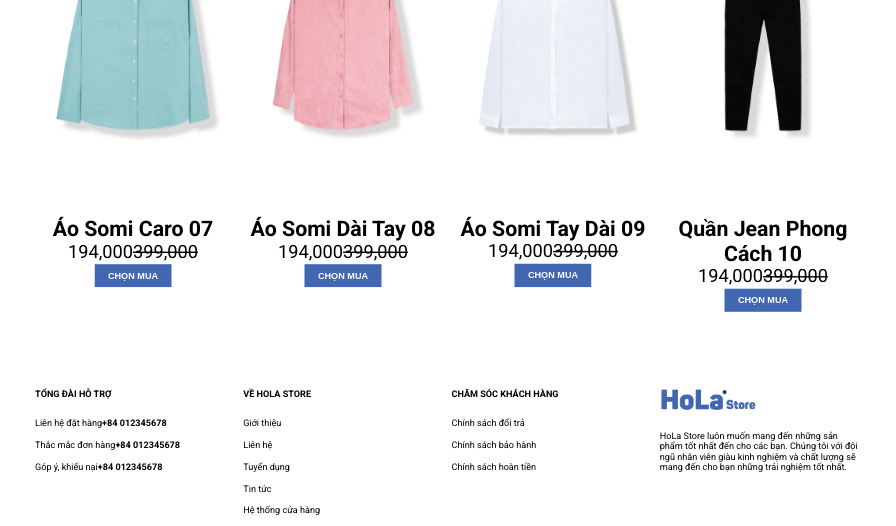
Repository: eric-nguyen-fe/Hola-ecommerce
Page: /catalog/ao-somi-caro-07
An editor plug-in stored every save of this project. The page is shown before and after the next save, followed by the edit.
The browser window is 1280 px wide. The pictures show the part of the page from y = 3379 to 5299 px (the page is 4131 px tall before and 5299 px after), at 70% of full size.
The project was rebuilt for these pictures with package versions that can differ from the ones it lists, and the page was loaded fresh each time. Also part of the build but not shown: src/components/HeroSlider.jsx, src/components/PolicyCard.jsx, src/assets/fake-data/hero-slider.js, src/assets/fake-data/policy.js, src/pages/Home.jsx, src/components/CheckBox.jsx, src/assets/fake-data/category.js, src/assets/fake-data/product-color.js and 4 more.

Above is the page before, as saved 2021-12-10 15:24:16.

### src/scss/index.scss
@import "./variables";
@import "./mixins";
@import "./base";

@import "./components/header";
@import "./components/footer";
@import "./components/hero-slider.scss";
@import "./components/button";
@import "./components/policy-card";
@import "./components/section";
@import "./components/product-card";
@import "./components/catalog";
@import "./components/custom-checkbox.scss";
@import "./components/product";

### src/components/Layout.jsx
import React from 'react'

import { BrowserRouter, Route } from 'react-router-dom'

import Header from './Header'
import Footer from './Footer'

import Routes from '../routes/Routes'

const Layout = () => {
    return (
        <BrowserRouter>
            <Route render={props => (
                <div>

                    <div className="container">
                    <Header {...props}/>
                        <div className="main">
                            <Routes/>
                        </div>
                    </div>
                    <Footer/>
                </div>
            )}/>
        </BrowserRouter>
    )
}

export default Layout

### src/scss/_variables.scss
$main-bg: #fff;
$main-color: #4267b2;

$txt-main-color: #000;
$txt-second-color: #8d8d8d;
$txt-white: #fff;

$btn-main-bg: $main-color;
$btn-main-color: #fff;

$header-height: 170px;
$header-tablet-height: 70px;
$header-mobile-height: 40px;
$header-shrink-height: 70px;

$box-shadow: rgba(73, 90, 105, 0.2) 0px 8px 24px;

$colors: (
    "blue": #4267b2,
    "orange": #eea54d,
    "pink": #f3786d,
    "white": #fff,
    "black": #000,
    "main": $main-color,
    "red": #ff0000,
);

$mobile-width: 600px;
$tablet-width: 1024px;

$numbers: (0, 1, 2, 3, 4, 5, 6, 7, 8);

### src/scss/mixins.scss
@mixin flex ($align-item, $justify-content) {
    display: flex;
    align-items: $align-item;
    justify-content: $justify-content;
}

@mixin mobile {
    @media only screen and (max-width: $mobile-width){
        @content;
    }
}

@mixin tablet {
    @media only screen and (max-width: $tablet-width){
        @content;
    }
}

### src/scss/_base.scss
@import url("https://fonts.googleapis.com/css2?family=M+PLUS+Rounded+1c:wght@100;300;400;500;700;800;900&family=Roboto:ital,wght@0,100;0,300;0,400;0,500;0,700;0,900;1,100;1,300;1,400;1,500;1,700;1,900&display=swap");

@import url("https://fonts.googleapis.com/css2?family=M+PLUS+Rounded+1c:wght@100;300;400;500;700;800;900&family=Roboto:ital,wght@0,100;0,300;0,400;0,500;0,700;0,900;1,100;1,300;1,400;1,500;1,700;1,900&display=swap");

* {
    padding: 0;
    margin: 0;
    box-sizing: border-box;
    -webkit-tap-highlight-color: transparent;
    user-select: none;
}

html {
    font-size: 13px;

    @include mobile {
        font-size: 11px;
    }
}

body {
    font-family: "Roboto", sans-serif;
}

ul {
    list-style-type: none;
}

a {
    text-decoration: none;
    color: unset;
}

a:hover {
    color: $main-color;
}

img {
    max-width: 100%;
}

@each $color, $val in $colors {
    .color-#{$color} {
        color: $val;
    }

    .bg-#{$color} {
        background-color: $val;
    }
}

@each $val in $numbers {
    .grid-col-#{$val} {
        grid-template-columns: repeat($val, 1fr);
    }
}

@each $val in $numbers {
    .grid-col-md-#{$val} {
        @include tablet {
            grid-template-columns: repeat($val, 1fr);
        }
    }
}

@each $val in $numbers {
    .grid-col-sm-#{$val} {
        @include mobile {
            grid-template-columns: repeat($val, 1fr);
        }
    }
}

.container {
    width: 100%;
    max-width: 1620px;
    padding: 0 50px;
    margin: auto;

    @include tablet {
        padding: 0 20px;
    }

    @include mobile {
        padding: 0 10px;
    }
}

.main {
    margin-top: $header-height;
    margin-bottom: 2rem;
    min-height: 100vh;

    @include tablet {
        margin-top: calc(#{$header-tablet-height} + 20px);
    }

    @include mobile {
        margin-top: calc(#{$header-mobile-height} + 10px);
    }
}

.grid {
    display: grid;
}

### src/scss/components/_header.scss
.header {
    background-color: $main-bg;
    position: fixed;
    top: 0;
    left: 0;
    width: 100%;
    z-index: 99;
    height: $header-height;
    transition: height .3s ease;

    @include tablet {
        height: $header-tablet-height;
        box-shadow: $box-shadow;
    }

    .container {
        height: 100%;
    }

    &.shrink{
        height: $header-shrink-height;
        box-shadow: $box-shadow;
        z-index: 100;

        @include mobile {
            height: $header-mobile-height;
        }
    }

    &__logo {
        @include flex (center, center);
        position: absolute;
        inset: 0;
        pointer-events: none;

        img {
            height: 38px;
        }
    }

    &__menu {
        @include flex(center, space-between);
        height: 100%;
        font-size: 1.5rem;

        &__item ~ &__item {
            margin-left: 39px;

            @include tablet {
                margin-left: 20px;
            }

            @include mobile {
                margin-left: 10px;
            }
        }

        &__item.active {
            font-weight: 600;
            color: $main-color;
        }


        &__item:hover {
            color: $main-color;
        }

        &__left,
        &__right {
            @include flex(center, center);
            height: 100%;
        }

        &__right {
            font-size: 2.25rem;

            &__item {
                @include flex(center, center);

                @include tablet {
                    margin-left: 10px;
                }
            }



            @include mobile {
                font-size: 1.5rem;
            }
        }

        &__left {
            &__close{
                display: none;
            }

            @include tablet {
                flex-direction: column;
                background-color: $main-bg;
                position: absolute;
                left: 0;
                top: 0;
                width: 100%;
                height: 100vh;
                justify-content: flex-start;
                padding-top: 30px;
                transform: translateX(-100%);
                transition: transform 0.5s ease;

                &.active {
                    transform: translateX(0);
                }

                &__item ~ &__item {
                    margin-left: unset;
                    margin-top: 20px;
                }

                &__close {
                    display: block;
                    position: absolute;
                    left: 20px;
                    font-size: 2.5rem;
                }
            }
        }

        &__mobile-toggle {
            display: none;

            @include tablet {
                display: block;
                font-size: 2.5rem;

            }
        }


    }
}

### src/scss/components/_footer.scss
.footer {
    padding: 70px 0;
    box-shadow: $box-shadow;
    font-size: 1.1rem;

    &__logo {
        height: 30px;
    }

    &__about {
        p {
            margin-bottom: 2rem;
        }
    }

    &__title {
        text-transform: uppercase;
        margin-bottom: 2rem;
        font-weight: 600;
    }

    &__content {
        p {
            margin-bottom: 1.25rem;
        }
    }
}

### src/scss/components/_button.scss
.btn {
    border: 0;
    outline: 0;
    color: $btn-main-color;
    font-size: 1.5rem;
    font-weight: 600;
    text-transform: uppercase;
    cursor: pointer;
    overflow: hidden;
    position: relative;

    @include mobile {
        font-size: 1rem;
    }

    &__txt,
    &__icon {
        display: block;
        transition: transform 0.5s ease;
    }

    &__txt {
        padding: 1rem 2rem;
    }

    &__icon {
        @include flex(center, center);
        font-size: 2rem;
        position: absolute;
        left: 0;
        top: 0;
        height: 100%;
        width: 100%;
        transform: translateX(-100%);
    }

    &-animate:hover &__txt {
        transform: translateX(100%);
    }

    &-animate:hover &__icon {
        transform: translateX(0);
    }

    &-sm {
        font-size: 1rem;
    }

    &-sm &__txt {
        padding: 0.7rem 1.5rem;
    }
}

### src/scss/components/_policy-card.scss
.policy-card {
    @include flex(center, flex-start);
    padding: 20px;
    padding-left: 0;
    box-shadow: $box-shadow;
    transition: transform .5s ease;

    &:hover {
        transform: translateY(-20%);
    }

    &__icon {
        @include flex (center, center);
        width: 40%;
        color: $main-color;

        i {
            font-size: 3rem;
        }
    }

    &__info{
        &__name{
            font-size: 1.25rem;
            font-weight: 600;
            margin-bottom: 7px;
        }

        &__description{
            font-size: 1rem;
            color: $txt-second-color;
        }

    }
}

### src/scss/components/_section.scss
.section {
    margin-bottom: 80px;

    & > * ~ * {
        margin-top: 70px;
    }

    &__title {
        font-size: 2rem;
        text-transform: capitalize;
        text-align: center;
    }
}

### src/scss/components/product-card.scss
.product-card {
    text-align: center;
    margin-bottom: 30px;

    &__image {
        padding-top: 50%;
        position: relative;
        overflow: hidden;
        margin-bottom: 30px;
    }
}

### src/scss/components/_catalog.scss
.catalog {
    @include flex(flex-start, flex-start);

    @include tablet {
        flex-direction: column;
    }

    &__filter {
        width: 20%;

        @include tablet {
            width: max-content;
            height: 100vh;
            background-color: $main-bg;
            padding: 1rem;
            position: fixed;
            left: 0;
            top: $header-tablet-height;
            z-index: 100;
            box-shadow: $box-shadow;
            transform: translateX(-100%);
            transition: transform 0.3s ease;
        }

        @include mobile {
            top: $header-mobile-height;
        }

        &.active {
            transform: translateX(0);
        }

        &__widget {
            margin-bottom: 2rem;

            &__title {
                font-size: 1.25rem;
                font-weight: 600;
                text-transform: capitalize;
                margin-bottom: 16px;
            }

            &__content {
                color: $txt-second-color;

                &__item {
                    margin-bottom: 13px;
                }
            }
        }
    }

    &__content {
        flex-grow: 1;

        @include tablet {
            width: 100%;
        }
    }

    &__filter__toggle {
        display: none;

        @include tablet {
            display: block;
            margin-bottom: 2rem;
        }
    }
}

### src/scss/components/custom-checkbox.scss
.custom-checkbox {
    @include flex (center, flex-start);

    cursor: pointer;

    &:hover {
        color: $main-color;
    }

    input {
        position: absolute;
        opacity: 0;

    }
}

### src/components/Header.jsx
import React, { useRef, useEffect } from 'react'
import { Link, useLocation } from 'react-router-dom'

import logo from '../assets/images/Logo-2.png'

const mainNav = [
    {
        display: "Trang chủ",
        path: '/'
    },
    {
        display: "Sản phẩm",
        path: '/catalog'
    },
    {
        display: "Phụ kiện",
        path: '/accessories'
    },
    {
        display: "Liên hệ",
        path: '/contact'
    }
]

const Header = () => {

    const {pathname} = useLocation()
    const activeNav = mainNav.findIndex(e => e.path === pathname)

    const headerRef = useRef(null)

    useEffect(() => {
        window.addEventListener("scroll", () => {
            if(document.body.scrollTop > 80 || document.documentElement.scrollTop > 80) {
                headerRef.current.classList.add('shrink')
            } else {
                headerRef.current.classList.remove('shrink')
            }
        })
        return () => {
            window.removeEventListener("scroll")
        }
    }, []);

    const menuLeft = useRef(null);

    const menuToggle = () => menuLeft.current.classList.toggle('active')


    return (
        <div className="header" ref={headerRef}>
            <div className="container">
                <div className="header__logo">
                    <Link to="/">
                        <img src={logo} alt="" />
                    </Link>
                </div>
                <div className="header__menu">
                    <div className="header__menu__mobile-toggle" onClick={menuToggle} >
                        <i className='bx bx-menu' ></i>
                    </div>
                    <div className="header__menu__left" ref={menuLeft}>
                        <div className="header__menu__left__close" onClick={menuToggle}>
                            <i className='bx bx-left-arrow-alt' ></i>
                        </div>

                        {
                            mainNav.map((item, index) =>(
                                <div
                                key={index}
                                className={`header__menu__item header__menu__left__item ${index === activeNav ? 'active' : ''}`}
                                onClick={menuToggle}
                                >
                                    <Link to={item.path}>
                                        <span>
                                            {item.display}
                                        </span>
                                    </Link>
                                </div>
                            ))
                        }
                    </div>
                   <div className="header__menu__right">
                       <div className="header__menu__item header__menu__right__item">
                            <i className='bx bx-search-alt'></i>
                       </div>
                       <div className="header__menu__item header__menu__right__item">
                           <Link to="/cart">
                                <i className="bx bxs-shopping-bag-alt"></i>

                           </Link>
                       </div>
                       <div className="header__menu__item header__menu__right__item">
                           <i className="bx bxs-user-circle"></i>
                       </div>
                   </div>
                </div>
            </div>
        </div>
    )
}

export default Header

### src/components/Footer.jsx
import React from 'react';

import { Link } from 'react-router-dom';

import Grid from './Grid';

import logo from '../assets/images/Logo-2.png'

const footerAboutLink = [
    {
        display: "Giới thiệu",
        path: "/about"
    },
    {
        display: "Liên hệ",
        path: "/about"
    },
    {
        display: "Tuyển dụng",
        path: "/about"
    },
    {
        display: "Tin tức",
        path: "/about"
    },
    {
        display: "Hệ thống cửa hàng",
        path: "/about"
    }

]

const footerCustomerLinks = [
    {
        display: "Chính sách đổi trả",
        path: "/about"
    },
    {
        display: "Chính sách bảo hành",
        path: "/about"
    },
    {
        display: "Chính sách hoàn tiền",
        path: "/about"
    }
]

const Footer = () => {
    return (
       <footer>
           <div className="container">
               <Grid
                   col={4}
                   mdCol={2}
                   smCol={1}
                   gap={10}
                >
                    <div>
                        <div className="footer__title">
                            Tổng đài hỗ trợ
                        </div>
                        <div className="footer__content">
                            <p>
                                Liên hệ đặt hàng<strong>+84 012345678</strong>
                            </p>
                            <p>
                                Thắc mắc đơn hàng<strong>+84 012345678</strong>
                            </p>
                            <p>
                                Góp ý, khiếu nại<strong>+84 012345678</strong>
                            </p>
                        </div>
                    </div>
                    <div>
                        <div className="footer__title">
                            Về HoLa Store
                        </div>
                        <div className="footer__content">
                            {
                                footerAboutLink.map((item, index) => (
                                <p key={index}>
                                    <Link to={item.path}>
                                        {item.display}
                                    </Link>
                                </p>
                                ))
                            }

                        </div>
                    </div>
                    <div>
                        <div className="footer__title">
                            Chăm sóc khách hàng
                        </div>
                        <div className="footer__content">
                            {
                                footerCustomerLinks.map((item, index) => (
                                <p key={index}>
                                    <Link to={item.path}>
                                        {item.display}
                                    </Link>
                                </p>
                                ))
                            }

                        </div>
                    </div>
                    <div className="footer__about">
                        <p>
                            <Link to="/">
                                <img src={logo} className="footer__logo" alt=""/>
                            </Link>
                        </p>
                        <p>
                            HoLa Store luôn muốn mang đến những sản phẩm tốt nhất đến cho các bạn. Chúng tôi với đội ngũ nhân viên giàu kinh nghiệm và chất lượng sẽ mang đến cho bạn những trải nghiệm tốt nhất.
                        </p>
                    </div>
               </Grid>
           </div>
       </footer>
    )
}

export default Footer

### src/routes/Routes.jsx
import React from 'react'

import { Route, Switch } from 'react-router-dom'

import Home from '../pages/Home';
import Catalog from '../pages/Catalog';
import Cart from '../pages/Cart';
import Product from '../pages/Product';

const Routes = () => {
    return (
        <Switch>
            <Route path="/" exact component = {Home}/>
            <Route path="/catalog/:slug" exact component = {Product}/>
            <Route path="/catalog" exact component = {Catalog}/>
            <Route path="/cart" exact component = {Cart}/>
        </Switch>
    )
}

export default Routes

### src/pages/Product.jsx
import React, {useEffect} from 'react';

import Helmet from '../components/Helmet'
import Section, {SectionBody, SectionTitle} from '../components/Section'
import Grid from '../components/Grid'
import ProductCard from '../components/ProductCard'


import productData from '../assets/fake-data/products';
import ProductView from '../components/ProductView';


const Product = props => {

    const product = productData.getProductBySlug(props.match.params.slug)

    const relatedProducts = productData.getProducts(8)

    React.useEffect(() => {
        window.scrollTo(0,0)
    }, [product])

    return (
        <Helmet title={product.title}>
            <Section>
                <SectionBody>
                    {
                       <ProductView product={product}/>                    }
                </SectionBody>
            </Section>
            <Section>
                <SectionTitle>
                   Các sản phẩm tương tự
                </SectionTitle>
                <SectionTitle>
                <Grid
                        col={4}
                        mdCol={2}
                        smCol={1}
                        gap={20}
                    >
                        {
                            relatedProducts.map((item, index) => (
                                <ProductCard
                                    key={index}
                                    img01={item.image01}
                                    img02={item.image02}
                                    name={item.title}
                                    price={Number(item.price)}
                                    slug={item.slug}
                                />
                            ))
                        }
                    </Grid>
                </SectionTitle>
            </Section>
        </Helmet>
    )
}

export default Product

### src/components/Helmet.jsx
import React, {useEffect} from 'react'
import PropTypes from 'prop-types'

const Helmet = props => {

    document.title = 'Hola - ' + props.title

    useEffect(() => {
        window.scrollTo(0,0)

    }, [])

  return (
    <div>
        {props.children}
    </div>
  )
}

Helmet.propTypes = {
    title: PropTypes.string.isRequired
}

export default Helmet

### src/components/ProductCard.jsx
import React from 'react'
import PropTypes from 'prop-types'

import { Link } from 'react-router-dom'

import Button from './Button'

import numberWithCommas from '../utils/numberWithCommas'

const ProductCard = props => {
    return (
        <div className="product-card">
            <Link to={`/catalog/${props.slug}`}>
                <div className="product-card__image">
                    <img src={props.img01} alt="" />
                    <img src={props.img02} alt="" />
                </div>
                <h3 className="product-card__name">{props.name}</h3>
                <div className="product-card__price">
                    {numberWithCommas(props.price)}
                    <span className="product-card__price__old">
                        <del>{numberWithCommas(399000)}</del>
                    </span>
                </div>
            </Link>
            <div className="product-card__btn">
                <Button
                    size="sm"
                    icon="bx bx-cart"
                    animate={true}
                >
                    Chọn mua
                </Button>
            </div>
        </div>
    )
}

ProductCard.propTypes = {
    img01: PropTypes.string.isRequired,
    img02: PropTypes.string.isRequired,
    name: PropTypes.string.isRequired,
    price: PropTypes.number.isRequired,
    slug: PropTypes.string.isRequired,


}

export default ProductCard

### src/components/Button.jsx
import React from 'react'
import PropTypes from 'prop-types'

const Button = props => {

    const bg = props.backgroundColor ? 'bg-' + props.backgroundColor : 'bg-main'

    const size = props.size ? 'btn-' + props.size : ''

    const animate = props.animate ? 'btn-animate' : ''

    return (
        <button
            className={`btn ${bg} ${size} ${animate}`}
            onClick={props.onClick ? () => props.onClick() : null}
        >
            <span className="btn__txt">{props.children}</span>
            {
                props.icon ? (
                    <span className="btn__icon">
                        <i className={`${props.icon} bx-tada`}></i>
                    </span>
                ) : null
            }
        </button>
    )
}

Button.propTypes = {
    backgroundColor: PropTypes.string,
    size: PropTypes.string,
    icon: PropTypes.string,
    animate: PropTypes.bool,
    onclick: PropTypes.func
}

export default Button

### src/components/ProductViewModal.jsx
import React from 'react'

import ProductView from './ProductView'
import productData from '../assets/fake-data/products'

const ProductViewModal = () => {

    const product = productData.getProductBySlug('quan-jean-phong-cach-18')



  return (
    <div className="product-view__modal">
        <div className="product-view__modal__content">
            <ProductView product={product}/>
        </div>
    </div>
  )
}

export default ProductViewModal

Loaded but not shown: public/index.html (common file); src/reportWebVitals.js (common file); src/assets/boxicons-2.0.7/css/boxicons.min.css (library); src/components/Grid.jsx (common file); src/components/Section.jsx (common file); src/utils/numberWithCommas.js (common file); src/assets/fake-data/products.js (275 lines, source omitted); src/index.js (20 lines, source omitted); src/components/ProductView.jsx (194 lines, source omitted); src/scss/components/hero-slider.scss (214 lines, source omitted); src/scss/components/_product.scss (194 lines, source omitted)

After the next save:
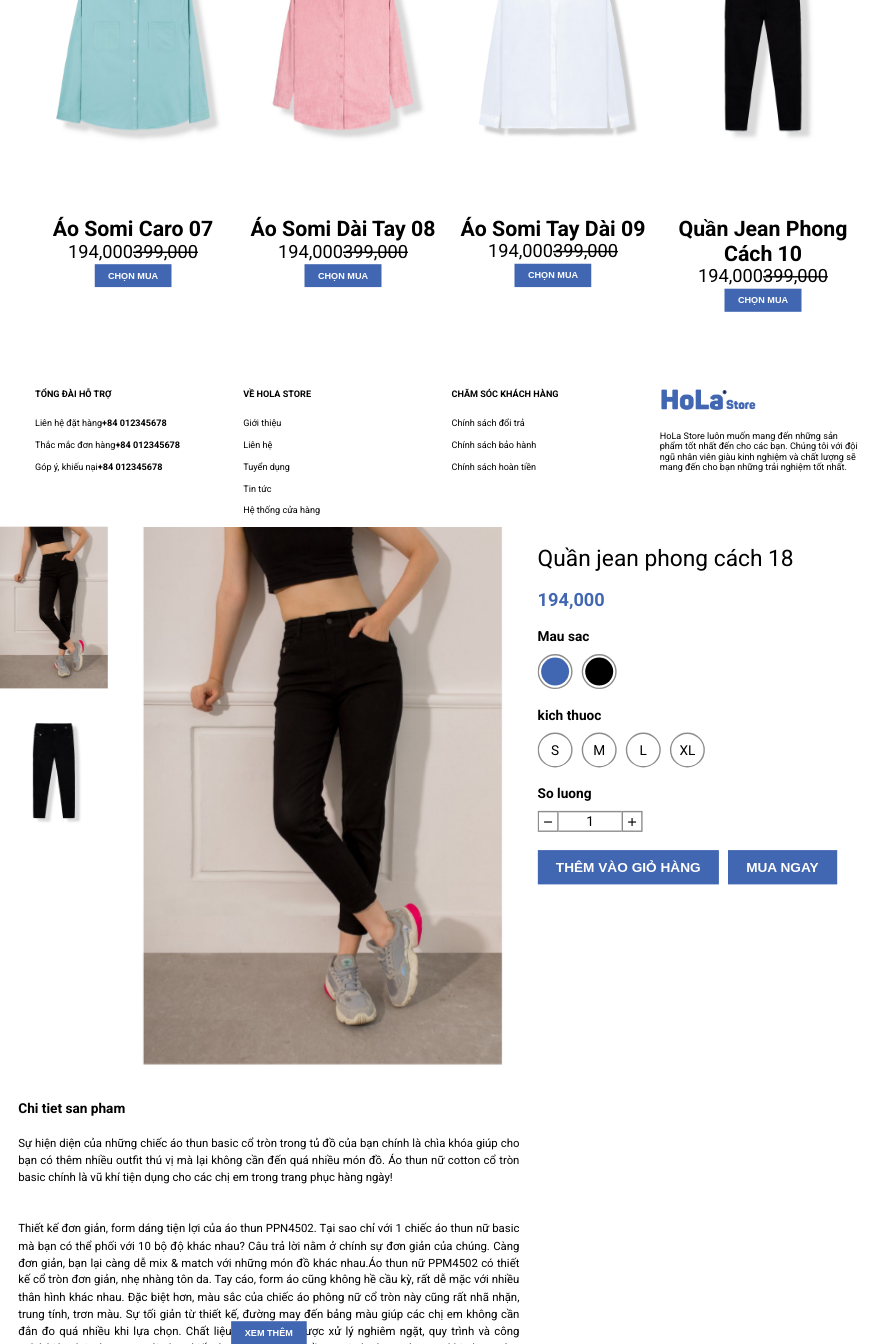
Saved 55 s later.
--- a/src/components/Layout.jsx
+++ b/src/components/Layout.jsx
@@ -5,7 +5,10 @@ import { BrowserRouter, Route } from 'react-router-dom'
 import Header from './Header'
 import Footer from './Footer'
 
+import ProductViewModal from './ProductViewModal'
+
 import Routes from '../routes/Routes'
+
 
 const Layout = () => {
     return (
@@ -20,6 +23,7 @@ const Layout = () => {
                         </div>
                     </div>
                     <Footer/>
+                    <ProductViewModal/>
                 </div>
             )}/>
         </BrowserRouter>
